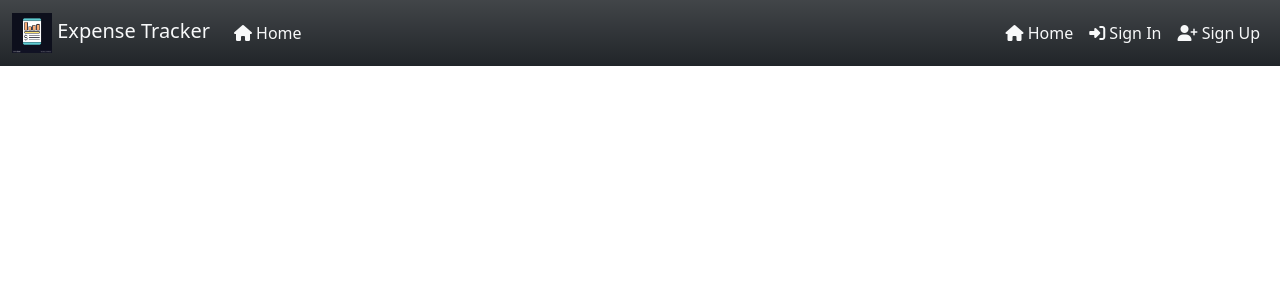
Repository: Gaurav560/OnlineExpenseTracker
Page: http://localhost/Online_Expense_Tracker/
An editor plug-in stored every save of this project. The page is shown before and after the next save, followed by the edit.
The browser window is 1280 px wide. The pictures show the whole page.
The page is served by Tomcat 9. Other server files are loaded and not shown.

Above is the page before, as saved 2023-05-03 20:35:40.

### Online_Expense_Tracker/src/main/webapp/index.jsp
<%@ page language="java" contentType="text/html; charset=ISO-8859-1"
	pageEncoding="ISO-8859-1"%>
<!DOCTYPE html>
<html>
<head>
<meta charset="ISO-8859-1">
<title>Insert title here</title>
<!--css cdn   -->
<link
	href="https://cdn.jsdelivr.net/npm/bootstrap@5.3.0-alpha3/dist/css/bootstrap.min.css"
	rel="stylesheet"
	integrity="sha384-KK94CHFLLe+nY2dmCWGMq91rCGa5gtU4mk92HdvYe+M/SXH301p5ILy+dN9+nJOZ"
	crossorigin="anonymous">



	<!-- font awesome cdn  -->

	<link rel="stylesheet"
		href="https://cdnjs.cloudflare.com/ajax/libs/font-awesome/6.4.0/css/all.min.css"
		integrity="sha512-iecdLmaskl7CVkqkXNQ/ZH/XLlvWZOJyj7Yy7tcenmpD1ypASozpmT/E0iPtmFIB46ZmdtAc9eNBvH0H/ZpiBw=="
		crossorigin="anonymous" referrerpolicy="no-referrer" />
</head>
<body>

	<!--Navbar starts here  -->


	<nav class="navbar navbar-expand-lg bg-dark  bg-gradient">
		<div class="container-fluid">
			<a class="navbar-brand text-light" href="#"><img src="img/expenseTracker.jpg" style="height:40px; width:40px;"> Expense Tracker</a>
			<button class="navbar-toggler" type="button"
				data-bs-toggle="collapse" data-bs-target="#navbarSupportedContent"
				aria-controls="navbarSupportedContent" aria-expanded="false"
				aria-label="Toggle navigation">
				<span class="navbar-toggler-icon"></span>
			</button>
			<div class="collapse navbar-collapse" id="navbarSupportedContent">

				<ul class="navbar-nav me-auto mb-2 mb-lg-0">
					<li class="nav-item"><a class="nav-link active text-light"
						aria-current="page" href="#"><i class="fa-solid fa-house"></i>  Home</a></li>

				</ul>


				<ul class="navbar-nav ms-auto mb-2 mb-lg-0">
					<li class="nav-item"><a class="nav-link active text-light"
						aria-current="page" href="#"><i class="fa-solid fa-house"></i>  Home</a></li>
					<li class="nav-item"><a class="nav-link active text-light"
						href="#"><i class="fa-solid fa-right-to-bracket"></i> Sign In</a></li>


					<li class="nav-item "><a class="nav-link active text-light "
						href="#"><i class="fa-solid fa-user-plus"></i> Sign Up</a></li>

				</ul>


			</div>
		</div>
	</nav>
	<!-- Navbar ends here  -->




	<script
		src="https://cdn.jsdelivr.net/npm/bootstrap@5.3.0-alpha3/dist/js/bootstrap.bundle.min.js"
		integrity="sha384-ENjdO4Dr2bkBIFxQpeoTz1HIcje39Wm4jDKdf19U8gI4ddQ3GYNS7NTKfAdVQSZe"
		crossorigin="anonymous"></script>
</body>
</html>

After the next save:
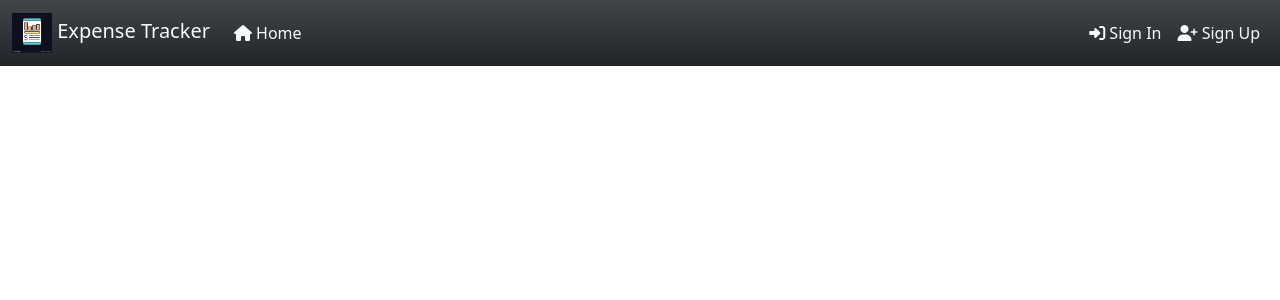
Saved 19 s later.
--- a/Online_Expense_Tracker/src/main/webapp/index.jsp
+++ b/Online_Expense_Tracker/src/main/webapp/index.jsp
@@ -14,12 +14,12 @@
 
 
 
-	<!-- font awesome cdn  -->
+<!-- font awesome cdn  -->
 
-	<link rel="stylesheet"
-		href="https://cdnjs.cloudflare.com/ajax/libs/font-awesome/6.4.0/css/all.min.css"
-		integrity="sha512-iecdLmaskl7CVkqkXNQ/ZH/XLlvWZOJyj7Yy7tcenmpD1ypASozpmT/E0iPtmFIB46ZmdtAc9eNBvH0H/ZpiBw=="
-		crossorigin="anonymous" referrerpolicy="no-referrer" />
+<link rel="stylesheet"
+	href="https://cdnjs.cloudflare.com/ajax/libs/font-awesome/6.4.0/css/all.min.css"
+	integrity="sha512-iecdLmaskl7CVkqkXNQ/ZH/XLlvWZOJyj7Yy7tcenmpD1ypASozpmT/E0iPtmFIB46ZmdtAc9eNBvH0H/ZpiBw=="
+	crossorigin="anonymous" referrerpolicy="no-referrer" />
 </head>
 <body>
 
@@ -28,7 +28,9 @@
 
 	<nav class="navbar navbar-expand-lg bg-dark  bg-gradient">
 		<div class="container-fluid">
-			<a class="navbar-brand text-light" href="#"><img src="img/expenseTracker.jpg" style="height:40px; width:40px;"> Expense Tracker</a>
+			<a class="navbar-brand text-light" href="#"><img
+				src="img/expenseTracker.jpg" style="height: 40px; width: 40px;">
+				Expense Tracker</a>
 			<button class="navbar-toggler" type="button"
 				data-bs-toggle="collapse" data-bs-target="#navbarSupportedContent"
 				aria-controls="navbarSupportedContent" aria-expanded="false"
@@ -39,14 +41,14 @@
 
 				<ul class="navbar-nav me-auto mb-2 mb-lg-0">
 					<li class="nav-item"><a class="nav-link active text-light"
-						aria-current="page" href="#"><i class="fa-solid fa-house"></i>  Home</a></li>
+						aria-current="page" href="#"><i class="fa-solid fa-house"></i>
+							Home</a></li>
 
 				</ul>
 
 
 				<ul class="navbar-nav ms-auto mb-2 mb-lg-0">
-					<li class="nav-item"><a class="nav-link active text-light"
-						aria-current="page" href="#"><i class="fa-solid fa-house"></i>  Home</a></li>
+
 					<li class="nav-item"><a class="nav-link active text-light"
 						href="#"><i class="fa-solid fa-right-to-bracket"></i> Sign In</a></li>
 
